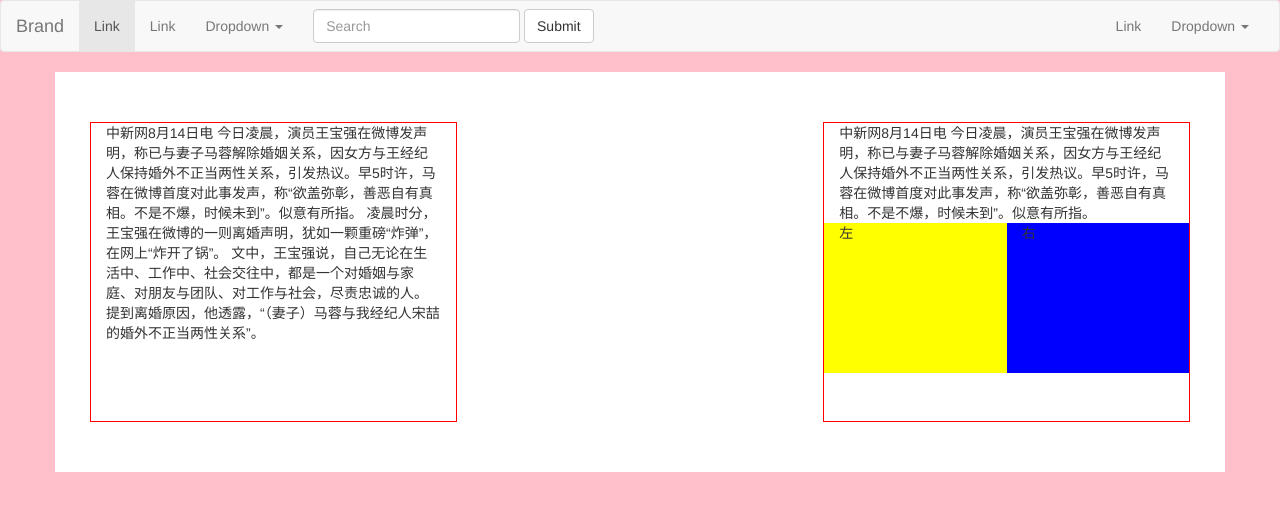
Repository: linkosong/mine
Page: workspaces/activity/src/main/webapp/index.html
The author's editor kept a copy of each file at every save. The page is drawn from the files as they stood at one save, then again after the next save.
The browser window is 1280 px wide. The pictures show the whole page.

Above is the page before, as saved 2016-11-18 09:56:42.

After the next save:
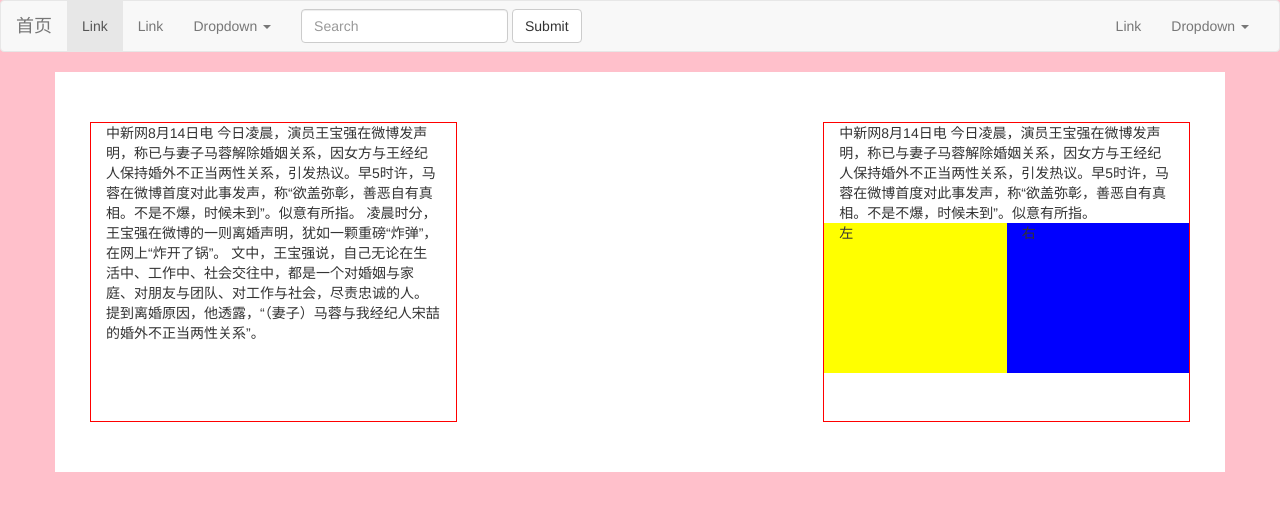
Saved 2 min 32 s later.
--- a/workspaces/activity/src/main/webapp/index.html
+++ b/workspaces/activity/src/main/webapp/index.html
@@ -21,7 +21,7 @@
         <span class="icon-bar"></span>
         <span class="icon-bar"></span>
       </button>
-      <a class="navbar-brand" href="#">Brand</a>
+      <a class="navbar-brand" href="#">首页</a>
     </div>
 
     <!-- Collect the nav links, forms, and other content for toggling -->
